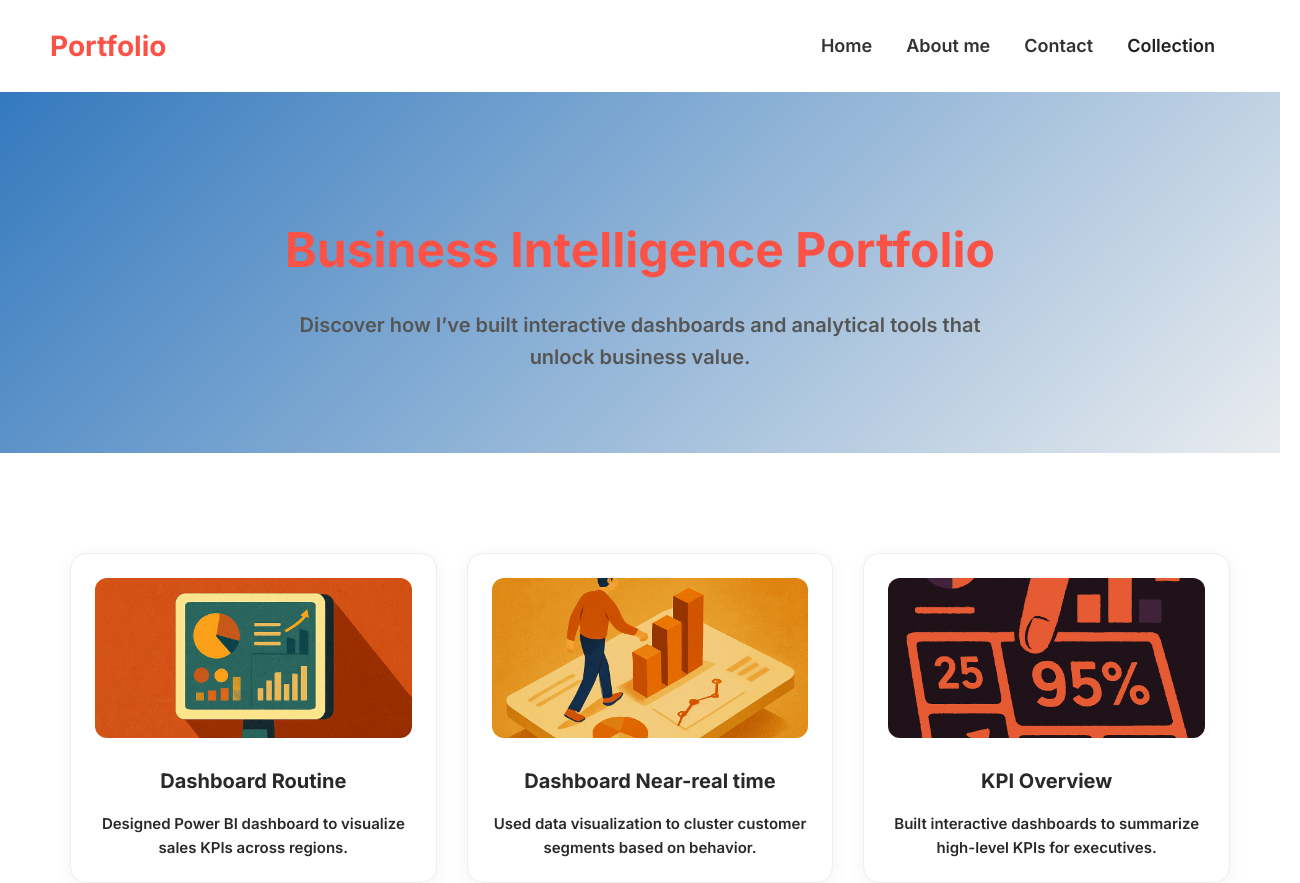
Repository: Wipas1919/Archive-portfolio
Page: projects/bi-solutions.html
An editor plug-in stored every save of this project. The page is shown before and after a run of saves, followed by the edit.
The browser window is 1280 px wide. The page is 1300 px wide, so the pictures cover 1300 px, including what lies to the right of the window. The pictures show the whole page.

Above is the page before, as saved 2025-06-01 20:51:08.

### projects/bi-solutions.html
<!-- Cleaned and updated on 2025-05-25 -->
<!DOCTYPE html>
<html lang="en">
<head>
  <meta charset="UTF-8" />
  <meta name="viewport" content="width=device-width, initial-scale=1.0"/>
  <title>Business Intelligence | Portfolio</title>
  <link href="https://fonts.googleapis.com/css2?family=Inter:wght@600;700&display=swap" rel="stylesheet">
  <link rel="stylesheet" href="../style/main.css">
  <style>
    body {
      font-family: 'Inter', sans-serif;
    }
    .cover {
      background: linear-gradient(135deg, #3479be, #e9ecef);
      padding: 80px 20px;
      text-align: center;
    }
    .cover h1 {
      font-size: 48px;
      color: #fc5246;
      margin-bottom: 20px;
    }
    .cover p {
      font-size: 20px;
      color: #555;
      max-width: 700px;
      margin: 0 auto;
    }

    .project-cards h3 {
      text-align: center;
      font-size: 28px;
      margin-top: 60px;
      margin-bottom: 30px;
    }

    .card-grid {
      display: grid;
      grid-template-columns: repeat(auto-fit, minmax(280px, 1fr));
      gap: 30px;
      padding: 0 20px;
    }

    .card {
      display: block;
      background: #fff;
      border-radius: 16px;
      box-shadow: 0 4px 20px rgba(0, 0, 0, 0.05);
      padding: 24px;
      text-align: center;
      transition: transform 0.3s;
      text-decoration: none !important;
      color: inherit !important;
      cursor: pointer;
    }

    .card:hover {
      transform: translateY(-5px);
    }

    .card img {
      width: 100%;
      height: 160px;
      object-fit: cover;
      border-radius: 12px;
      margin-bottom: 16px;
    }

    .card h4 {
      font-size: 20px;
      margin-bottom: 8px;
      color: #222;
    }

    .card p {
      color: #666;
      font-size: 15px;
    }

    /* Remove visited/hover/focus/active styles */
    .card:visited,
    .card:hover,
    .card:focus,
    .card:active,
    .card *,
    .card *:visited,
    .card *:hover,
    .card *:focus,
    .card *:active {
      color: inherit !important;
      text-decoration: none !important;
    }

    .dropdown-wrapper {
      position: relative;
      display: inline-block;
    }

    .dropbtn {
      font-weight: 600;
      cursor: pointer;
      color: #222;
      text-decoration: none;
      margin-left: 15px;
    }

    .dropdown-content {
      display: none;
      position: absolute;
      top: 100%;
      right: 0;
      background-color: #ffffff;
      min-width: 220px;
      border-radius: 12px;
      box-shadow: 0 10px 25px rgba(0, 0, 0, 0.08);
      overflow: hidden;
      padding: 10px 0;
      z-index: 999;
    }

    .dropdown-wrapper:hover .dropdown-content {
      display: block;
    }

    .dropdown-content a {
      display: block;
      padding: 12px 20px;
      color: #222;
      text-decoration: none;
      font-size: 15px;
      transition: background-color 0.2s ease, color 0.2s ease;
    }

    .dropdown-content a:hover {
      background-color: #eaeaea;
      color: #fd3a2d;
    }
  </style>
</head>
<body>
  <div id="page-loader"><div class="spinner"></div></div>

  <header>
    <div class="container">
      <h1 class="logo" style="font-family: 'Inter', sans-serif; font-weight: 700; font-size: 28px; color: #fc5246;">Portfolio</h1>
      <nav class="nav-right">
        <a href="../index.html">Home</a>
        <a href="../index.html#about">About me</a>
        <a href="../index.html#contact">Contact</a>
        <div class="dropdown-wrapper">
          <a href="#" class="dropbtn">Collection</a>
          <div class="dropdown-content">
            <a href="data-engineer.html">Data Engineer</a>
            <a href="business-analysis.html">Business Analysis</a>
            <a href="bi-solutions.html">Business Intelligent</a>
            <a href="strategic-data.html">Data-Driven</a>
            <a href="cloud-cert.html">Certification</a>
            <a href="data-integration.html">Data Product</a>
          </div>
        </div>
      </nav>
    </div>
  </header>

  <!-- Cover / Hero Section -->
  <section class="cover">
    <h1>Business Intelligence Portfolio</h1>
    <p>Discover how I’ve built interactive dashboards and analytical tools that unlock business value.</p>
  </section>

  <!-- Project Cards Section -->
  <section class="project-cards container" id="project-cards">
    <div class="card-grid" id="card-container"></div>
  </section>

  <script>
    const cardsContainer = document.getElementById("card-container");
    const projectId = "bi-solutions";

    fetch("../data/projects.json")
      .then(res => res.json())
      .then(data => {
        const p = data[projectId];
        if (!p || !p.projects?.length) {
          cardsContainer.innerHTML = "<p>No projects found.</p>";
          return;
        }
        cardsContainer.innerHTML = p.projects.map(proj => `
          <a href="project.html?id=${proj.slug}" class="card">
            <img src="${proj.image}" alt="${proj.title}" />
            <h4>${proj.title}</h4>
            <p>${proj.description}</p>
          </a>
        `).join("");
      })
      .catch(err => {
        cardsContainer.innerHTML = "<p>Error loading data.</p>";
        console.error(err);
      });
  </script>
</body>
</html>

### style/main.css
/* ตั้งค่าพื้นฐาน */
body {
  margin: 0;
  font-family: 'Poppins', sans-serif;
  background: #ffffff;
  color: #292929;
  line-height: 1.6;
  scroll-behavior: smooth;
  user-select: none;
  -webkit-user-select: none;
  -ms-user-select: none;
}

img {
  max-width: 100%;
  height: auto;
  display: block;
}

.container {
  width: 100%;
  max-width: 1200px;
  margin: 0 auto;
  padding: 0 50px; /* เพิ่ม padding ด้านข้าง */
}

@media screen and (max-width: 767px) {
  .container { padding: 0 16px; }
  .hero h2 { font-size: 36px; }
  .hero p { font-size: 18px; }
  .card-grid { grid-template-columns: 1fr; }
  nav a { font-size: 14px; }
  .hero-content { flex-direction: column; }
  .about-image img { width: 100%; }
}

@media screen and (min-width: 768px) and (max-width: 1024px) {
  .hero h2 { font-size: 48px; }
  .card-grid { grid-template-columns: repeat(2, 1fr); }
}

@media screen and (max-width: 480px) {
  h2, .section-title { font-size: 28px; }
  .hero h2 { font-size: 28px; }
  .hero p, .section-description, .about-text p, .card p { font-size: 16px; }
  .btn { padding: 10px 20px; font-size: 16px; }
}

/* Navbar */
header {
  background: #fff;
  padding: 5px 0;
  display: flex;
  justify-content: space-between;
  align-items: center;
  border-bottom: 0px solid #eee;
  position: sticky;
  top: 0;
  z-index: 100;
}

header .container {
  display: flex;
  align-items: center;
  justify-content: space-between;
}

.logo {
  font-family: 'Poppins', serif;
  font-size: 30px;
  color: #fc5246;
}

nav a {
  margin: 0 15px;
  color: #333;
  text-decoration: none;
  font-weight: 600;
  font-size: 18px;
}

nav a:hover {
  color: #fd3a2d;
}

/* ปุ่มหลักของเมนู dropdown */
.dropdown-wrapper {
  position: relative;
  display: inline-block;
}

.dropbtn {
  font-weight: 600;
  cursor: pointer;
  color: #222;
  transition: color 0.3s ease;
}

.dropbtn:hover {
  color: #fd3a2d;
}

/* เมนูที่แสดงเมื่อ hover */
.dropdown-content {
  display: none;
  position: absolute;
  top: 100%;
  right: 0;
  background-color: #ffffff;
  min-width: 220px;
  border-radius: 12px;
  box-shadow: 0 10px 25px rgba(0, 0, 0, 0.08);
  overflow: hidden;
  padding: 10px 0;
  z-index: 999;
}

/* แสดงเมื่อ hover */
.dropdown-wrapper:hover .dropdown-content {
  display: block;
}

/* ลิงก์ใน dropdown */
.dropdown-content a {
  display: block;
  padding: 12px 20px;
  color: #222;
  text-decoration: none;
  font-size: 15px;
  transition: background-color 0.2s ease, color 0.2s ease;
}

/* Hover effect ของลิงก์ */
.dropdown-content a:hover {
  background-color: #eaeaea;
  color: #fd3a2d;
}

.hero-animation {
  margin-top: 10px;
  display: flex;
  justify-content: right;
}

/* Hero Section */
.hero {
  position: relative;
  height: 60vh;
  display: flex;
  align-items: center;
  justify-content: center;
  flex-direction: column;
  text-align: center;
  background: #000000;
  color: #ffffff;
}

#hero-background {
  position: absolute;
  top: 0;
  left: 0;
  width: 100%;
  height: 100%;
  z-index: 0;
}

.hero-content {
  position: relative;
  z-index: 1;
  width: 100%;
  max-width: 1200px;
  padding-left: 5vw;
  padding-right: 5vw;
  text-align: left;
  align-items: flex-start;
}

.hero h2 {
  font-size: 60px;
  margin-bottom: 10px;
  line-height: 1.2;
  color: #ececec;
}

.hero p {
  font-size: 30px;
  margin-bottom: 30px;
  color: #ececec;
}

.btn, .hero .btn {
  display: inline-block;
  background: #fd3a2d;
  color: #fff;
  padding: 14px 36px;
  border-radius: 30px;
  text-decoration: none;
  font-weight: bold;
  font-size: 18px;
  transition: background 0.3s;
}

.btn:hover, .hero .btn:hover {
  background: #252525;
}

/* Sections */
section {
  padding: 100px 0;
  text-align: center;
}

/* About Section */
.about-grid {
  display: flex;
  align-items: center;
  justify-content: center;
  gap: 50px;
  flex-wrap: wrap;
}

.about-image img {
  width: 500px;
  height: auto;
  object-fit: cover;
  border-top-left-radius: 0;
  border-top-right-radius: 0;
  border-bottom-left-radius: 200px;
  border-bottom-right-radius: 200px;
}

.about-text {
  max-width: 500px;
  text-align: left;
}

.about-text h2 {
  margin-bottom: 20px;
}

.about-text p {
  font-size: 18px;
  color: #666;
}

/* Timeline */
.timeline-item {
  position: relative;
  margin-bottom: 30px;
}

.timeline-dot {
  width: 14px;
  height: 14px;
  background-color: #fd3a2d;
  border-radius: 50%;
  position: absolute;
  left: -8px;
  top: 0;
}

.timeline-content {
  margin-left: 20px;
}

.timeline-content h4 {
  margin: 0;
  font-size: 18px;
  color: #333;
  font-weight: 600;
}

.timeline-content p {
  margin: 5px 0 0;
  font-size: 16px;
  color: #666;
}

/* Projects Section */
#projects {
  margin-bottom: 10px;
}

.card-grid {
  display: grid;
  grid-template-columns: repeat(3, 1fr); /* สำคัญ: 3 คอลัมน์ */
  gap: 20px;
  margin-top: 100px;
}


.card {
  background: #ffffff;
  padding: 30px;
  border-radius: 12px;
  max-height: 280px;
  text-align: center;
  transition: box-shadow 0.3s;
  border: 1px solid #eee;
}

.card:hover {
  box-shadow: 0 8px 20px rgba(0, 0, 0, 0.1);
}

.card-icon img {
  width: 40px;
  height: 40px;
  margin-bottom: 20px;
}

.card h3 {
  font-size: 18px;
  margin-bottom: 15px;
  color: #333;
}

.card p {
  font-size: 16px;
  color: #666;
}

/* Contact Section */
.contact {
  background: rgba(255, 255, 255, 0.5); /* 1 = โปร่งแสง 50% */
  text-align: center;
}

.section-subtitle {
  text-transform: uppercase;
  font-size: 18px;
  letter-spacing: 1.5px;
  color: #4e4e4e;
  margin-bottom: 10px;
}

h2 {
  font-size: 36px;
  color: #292929
}


.section-title {
  font-size: 36px;
  margin-bottom: 10px;
  color: #2e2e2e;
}

.section-description {
  font-size: 18px;
  margin-bottom: 40px;
  color: #4e4e4e;
}

.contact-grid {
  display: grid;
  grid-template-columns: repeat(auto-fit, minmax(280px, 1fr));
  gap: 20px;
  margin-top: 40px;
}

.contact-card.glass {
  background: rgba(255, 255, 255, 0.15);
  backdrop-filter: blur(12px);
  -webkit-backdrop-filter: blur(12px);
  border-radius: 20px;
  padding: 24px;
  border: 1px solid rgba(255, 255, 255, 0.3);
  box-shadow: 0 8px 32px rgba(0, 0, 0, 0.1);
  transition: transform 0.3s ease, box-shadow 0.3s ease;
  text-align: center;
}

.contact-card.glass:hover {
  transform: scale(1.05);
  box-shadow: 0 12px 28px rgba(0, 0, 0, 0.15);
}

.contact-icon {
  display: flex;
  flex-direction: column;
  align-items: center;
  justify-content: center; /* 🔥 เพิ่มบรรทัดนี้เพื่อจัดไอคอนแนวดิ่ง */
  height: 100px; /* ✅ ปรับความสูงให้เหมาะสม */
  margin-bottom: 12px;
}


.contact-icon img {
  width: 48px;
  height: 48px;
  margin-bottom: 12px;
  transition: transform 0.3s ease;
}

.contact-card.glass:hover .contact-icon img {
  transform: scale(1.15);
}

/* Footer */
footer {
  background: #f5f5f5;
  padding: 20px 0;
  font-size: 14px;
  color: #4d4d4d;
}

.footer-container {
  display: flex;
  justify-content: space-between;
  align-items: center;
  flex-wrap: wrap;
}

.social-links {
  display: flex;
  gap: 20px;
}

.social-links a img {
  width: 30px;
  height: 30px;
  transition: transform 0.3s ease;
}

.social-links a img:hover {
  transform: scale(1.2);
}

#hero-background {
  position: absolute;
  top: 0;
  left: 0;
  height: 100%;
  width: 100%;
  z-index: 0;
  overflow: hidden;
}
.hero-content {
  position: relative;
  z-index: 1;
}

/* animation-data */
.hero-content {
  display: flex;
  justify-content: space-between;
  align-items: center;
  flex-wrap: wrap;
  gap: 40px;
}

.hero-text {
  flex: 1 1 55%;
}

.hero-animation {
  flex: 1 1 40%;
  display: flex;
  justify-content: center;
  align-items: center;
}

/* ===== Page Loader & Smooth Scroll ===== */
html{scroll-behavior:smooth;}

#page-loader{
  position:fixed;inset:0;display:grid;place-items:center;
  background:#ffffff;z-index:9999;opacity:1;
  transition:opacity .0.5s ease;
}
#page-loader .spinner{
  width:32px;height:32px;border:4px solid #e5e5e5;
  border-top-color:#ff694b;border-radius:50%;
  animation:spin .8s linear infinite;
}
@keyframes spin{to{transform:rotate(360deg)}}

body.loaded #page-loader{opacity:0;pointer-events:none;}
body.fade-out{opacity:0;transition:opacity .0.5s ease;}

@keyframes hideLoaderFallback{to{opacity:0;pointer-events:none;}}
#page-loader{animation:hideLoaderFallback 0.5s forwards 0.5s;}



/* ====  Reusable Card Component  ================================== */
.card {
  background: #ffffff;
  border: 1px solid #eee;
  border-radius: 12px;
  padding: 24px;
  text-align: center;
  box-shadow: 0 4px 12px rgba(0,0,0,.05);
  transition: transform .3s ease, box-shadow .3s ease;
}
.card:hover {
  transform: translateY(-6px);
  box-shadow: 0 12px 25px rgba(0,0,0,.1);
}

.card__icon{
  display:flex;
  flex-direction:column;
  align-items:center;
  justify-content:center;
  height:100px;
  margin-bottom:12px;
}
.card__icon img{
  width:48px;
  height:48px;
  transition: transform .3s ease;
}
.card:hover .card__icon img{
  transform:scale(1.15);
}

/* Variant – project card (clickable) */
.card--project{cursor:pointer;}

/* Variant – glassmorphism contact card */
.card--glass{
  background: rgba(255,255,255,.15);
  backdrop-filter: blur(12px);
  -webkit-backdrop-filter: blur(12px);
  border: 1px solid rgba(255,255,255,.3);
  box-shadow: 0 8px 32px rgba(0,0,0,.1);
}

/* Grids */

.card-grid--contact{
  display:grid;
  grid-template-columns: repeat(auto-fit,minmax(280px,1fr));
  gap:20px;
  margin-top:40px;
}

/* Remove legacy duplicate styles */
.contact-card, .contact-card.glass, .glass-card{
}/* project */

.project-blog {
  max-width: 800px;
  margin: 80px auto;
  padding: 0 20px;
  font-family: 'Inter', sans-serif;
}

.project-blog h1 {
  font-size: 36px;
  font-weight: 700;
  margin-bottom: 20px;
  text-align: center;
  color: #222;
}

.project-blog .tag {
  display: inline-block;
  background: #eeeeee;
  color: #333;
  padding: 6px 12px;
  margin: 0 8px 20px 0;
  border-radius: 20px;
  font-size: 14px;
}

.project-blog p {
  font-size: 18px;
  color: #444;
  line-height: 1.7;
  margin-bottom: 24px;
}

.project-blog img {
  width: 100%;
  border-radius: 10px;
  margin: 30px 0;
  box-shadow: 0 8px 30px rgba(0,0,0,0.08);
}

/* button */
.back-float-btn {
  position: fixed;
  bottom: 30px;
  left: 50%;
  transform: translateX(-50%);
  background-color: #fc5246;
  color: white;
  padding: 10px 24px;
  font-size: 14px;
  border-radius: 30px;
  box-shadow: 0 4px 16px rgba(0, 0, 0, 0.1);
  cursor: pointer;
  z-index: 9999;
  text-align: center;
  font-family: 'Inter', sans-serif;
  transition: background 0.3s ease;
  width: auto;       /* ปรับให้ขนาดพอดีกับเนื้อหา */
  max-width: 200px;  /* จำกัดไม่ให้ปุ่มกว้างเกินไป */
}

.back-float-btn:hover {
  background-color: #e6483c;
}

@media (max-width: 768px) {
  .back-float-btn {
    padding: 9px 18px;
    font-size: 13px;
    bottom: 20px;
  }
/* ===== FINAL OVERRIDE ===== */
.contact-card a {
  color: inherit !important;
  text-decoration: none !important;
}

.contact-card a:visited {
  color: inherit !important;
  text-decoration: none !important;
}

.contact-card a:hover,
.contact-card a:focus,
.contact-card a:active {
  color: inherit !important;
  text-decoration: none !important;
}

/* ===== Card grid (Projects) enforce 3-column on desktop ===== */
@media (min-width: 1024px){
  .card-grid--projects{
    grid-template-columns: repeat(3, 1fr);
  }
}
/* 2 columns on tablets */
@media (min-width: 640px) and (max-width: 1023px){
  .card-grid--projects{
    grid-template-columns: repeat(2, 1fr);
  }
}
/* 1 column on small screens (default) */
}

/* ===== DESKTOP-ONLY MODE (CSS BLOCK) =====
   Hide entire site below 1024px width and show full-screen notice
--------------------------------------------------------------- */
@media (hover: none) and (pointer: coarse){
  /* Hide all real content */
  body > * { display: none !important; }

  /* Full-screen notice */
  body::before{
    content: "This site is designed for desktop browsers only.\A Please visit on a larger screen.";
    white-space: pre-line;
    position: fixed;
    inset: 0;
    background: #ffffff;
    color: #000000;
    padding: 40px 24px;
    display: flex;
    align-items: center;
    justify-content: center;
    font-family: "Poppins", sans-serif;
    font-size: 18px;
    line-height: 1.4;
    text-align: center;
    z-index: 99999;
  }

  /* Prevent horizontal scroll */
  html, body{ overflow: hidden; }
}

.project-blog strong {
  font-size: 1.4em;   /* 110 % ของขนาดปกติในย่อหน้านั้น */
  font-weight: 800;
}

### data/projects.json
{
  "data-engineer": {
    "projects": [
      {
        "title": "End-to-End Data Engineering Journey",
        "slug": "End-to-End Data Engineering Journey",
        "description": "Full-stack ETL pipeline implementation",
        "image": "/images/data-engineers.jpg"
      },
      {
        "title": "End-to-End Data Infrastructure Planning",
        "slug": "End-to-End Data Infrastructure Planning",
        "description": "Process Design Fundamental",
        "image": "/images/data-foundamatal.jpg"
      },
      {
        "title": "Data Governance",
        "slug": "Data Governance",
        "description": "Designing and implementing a hybrid data governance framework",
        "image": "/images/data-governance.jpg"
      }
    ]
  },
  "business-analysis": {
    "title": "Business Analysis",
    "description": "Transform data into insights for decision-making.",
    "image": "../images/ba.svg",
    "overview": "Analyzed survey and operational data to support marketing strategy.",
    "contributions": [
      "Designed data collection forms",
      "Used SQL & Power BI for analysis",
      "Presented insights to leadership"
    ],
    "tools": [
      "Excel",
      "SQL",
      "Power BI",
      "Survey Analysis"
    ],
    "impact": "Helped increase campaign engagement by 30%",
    "projects": [
      {
        "title": "post-event analysis",
        "slug": "post-event analysis",
        "description": "Built interactive dashboards to monitor sentiment trends.",
        "image": "/images/post-event.png"
      },
      {
        "title": "New insights are cooking",
        "slug": "campaign-performance-analysis",
        "description": "preparing something worth the wait.",
        "image": "/images/upcoming-cover.png"
      },
      {
        "title": "New insights are cooking",
        "slug": "operational-kpi-tracking",
        "description": "preparing something worth the wait.",
        "image": "/images/upcoming-cover.png"
      }
    ]
  },
  "bi-solutions": {
    "title": "Business Intelligent",
    "projects": [
      {
        "title": "Dashboard Routine",
        "description": "Designed Power BI dashboard to visualize sales KPIs across regions.",
        "image": "/images/bi-routine-1.png",
        "slug": "bi-sales-performance"
      },
      {
        "title": "Dashboard Near-real time",
        "description": "Used data visualization to cluster customer segments based on behavior.",
        "image": "/images/bi-routine-2.png",
        "slug": "bi-customer-segmentation"
      },
      {
        "title": "KPI Overview",
        "description": "Built interactive dashboards to summarize high-level KPIs for executives.",
        "image": "/images/bi-routine-3.png",
        "slug": "bi-kpi-overview"
      }
    ]
  },
  "strategic-data": {
    "title": "Data-Driven",
    "projects": [
      {
        "title": "Assistant Speaker Trend Technoligies ",
        "description": "Developed a data-driven framework to analyze campaign performance across channels.",
        "image": "/images/bi-routine-4.jpg",
        "slug": "marketing-insight-framework"
      },
      {
        "title": "Power BI Training",
        "description": "Created visualizations from IoT sensor data to optimize event space usage.",
        "image": "/images/bi-routine-5.jpg",
        "slug": "event-analytics-dashboard"
      },
      {
        "title": "Coming Soon!",
        "description": "Designed end-to-end system for converting analytics into automated decisions.",
        "image": "/images/upcoming-cover.png",
        "slug": "decision-intelligence-system"
      }
    ]
  },
  "data-integration": {
    "title": "Data Product",
    "projects": [
      {
        "title": "Chat AI for web-event",
        "description": "Built backend pipeline to integrate chatbot logs into Datamart for insights.",
        "image": "/images/bi-routine-6.png",
        "slug": "chatbot-analytics-pipeline"
      },
      {
        "title": "Hr Recuddtor Macthing",
        "description": "Created dynamic reporting tool from MySQL and PostgreSQL for internal teams.",
        "image": "/images/upcoming-cover.png",
        "slug": "self-service-report-generator"
      },
      {
        "title": "Comming Soon!",
        "description": "Aggregated customer voice data into a single source for product decisions.",
        "image": "/images/upcoming-cover.png",
        "slug": "customer-feedback-hub"
      }
    ]
  },
  "cloud-cert": {
  "title": "Certification",
  "projects": [
    {
      "title": "Comming Soon!",
      "description": "Demonstrated foundational knowledge of GCP services and architecture.",
      "image": "/images/upcoming-cover.png",
      "slug": "gcp-certification"
    },
    {
      "title": "Comming Soon!",
      "description": "Comming Soon!",
      "image": "/images/upcoming-cover.png",
      "slug": "aws-certification"
    },
    {
      "title": "Comming Soon!",
      "description": "Comming Soon!",
      "image": "/images/upcoming-cover.png",
      "slug": "azure-certification"
    }
  ]
}
}

After the next 2 saves:
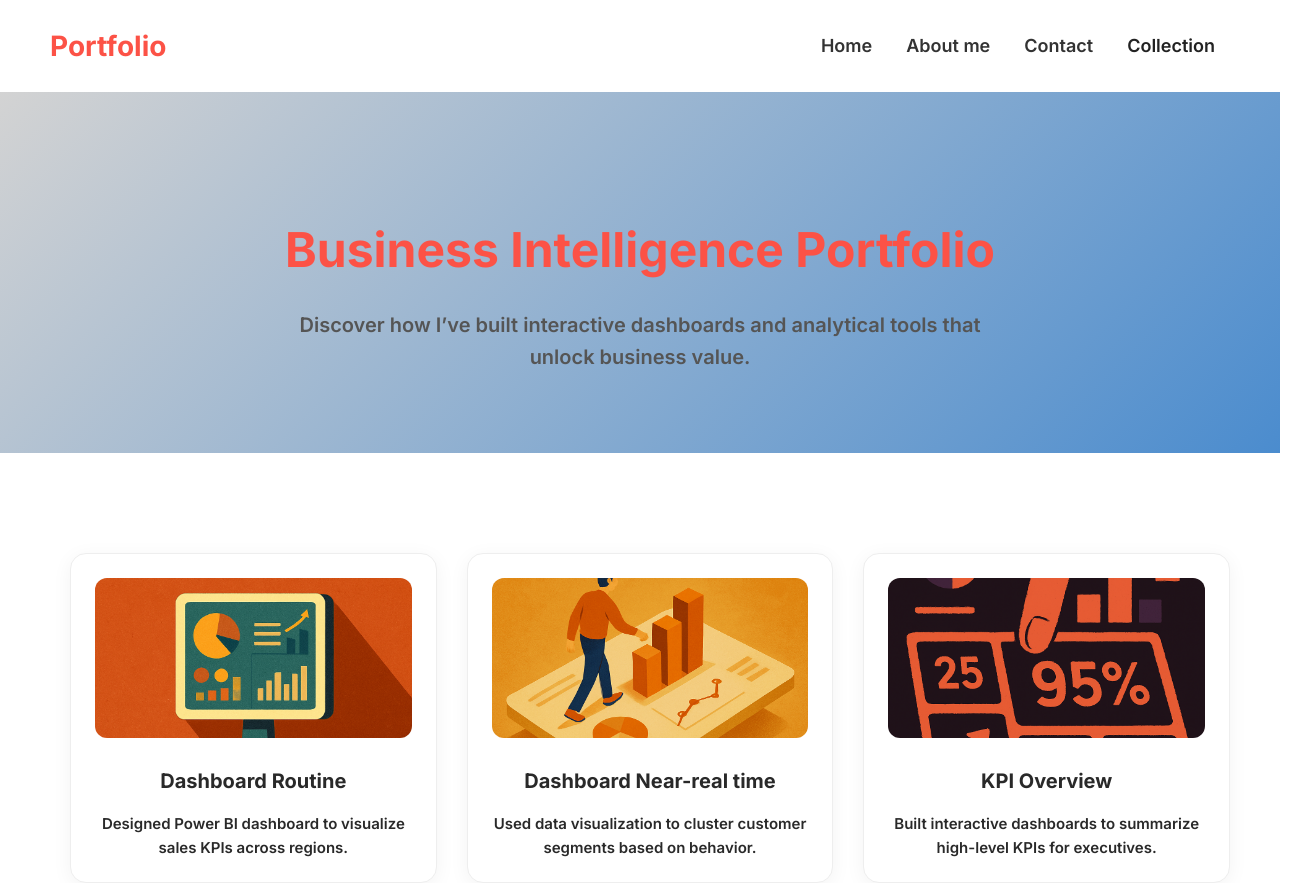
The 2 saves are shown as one change because they came seconds apart.
The last was saved 8 s later.
--- a/projects/bi-solutions.html
+++ b/projects/bi-solutions.html
@@ -12,7 +12,7 @@
       font-family: 'Inter', sans-serif;
     }
     .cover {
-      background: linear-gradient(135deg, #3479be, #e9ecef);
+      background: linear-gradient(135deg, #d3d3d3, #4b8cce);
       padding: 80px 20px;
       text-align: center;
     }
